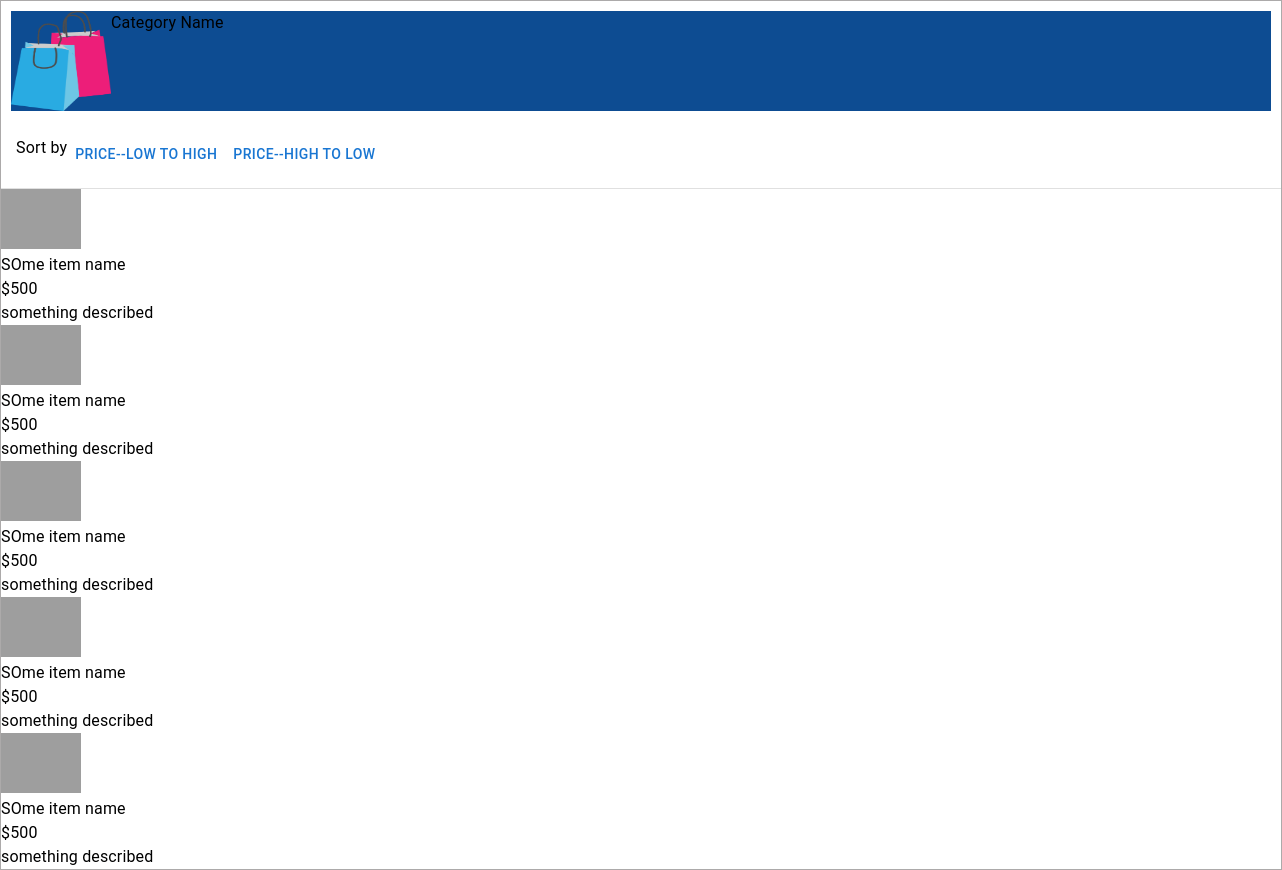
Repository: robin-fareye/reactjs-frontend-flipzone
Page: /
The author's editor kept a copy of each file at every save. The page is drawn from the files as they stood at one save, then again after the next save.
The browser window is 1280 px wide. The page is 1282 px wide, so the pictures cover 1282 px, including what lies to the right of the window. The pictures show the whole page.
Pictures or frames that could not be fetched are drawn as grey boxes. The project was rebuilt for these pictures with package versions that can differ from the ones it lists, and the page was loaded fresh each time. Also part of the build but not shown: src/App.css, src/component/auth/Login.css, src/api/Login.js, src/component/auth/Login.js, src/component/category/Category.js, src/component/header/Header.css, src/component/header/Header.js, src/component/helper/Slide.css and 7 more.

Above is the page before, as saved 2022-11-14 19:29:07.

After the next save:
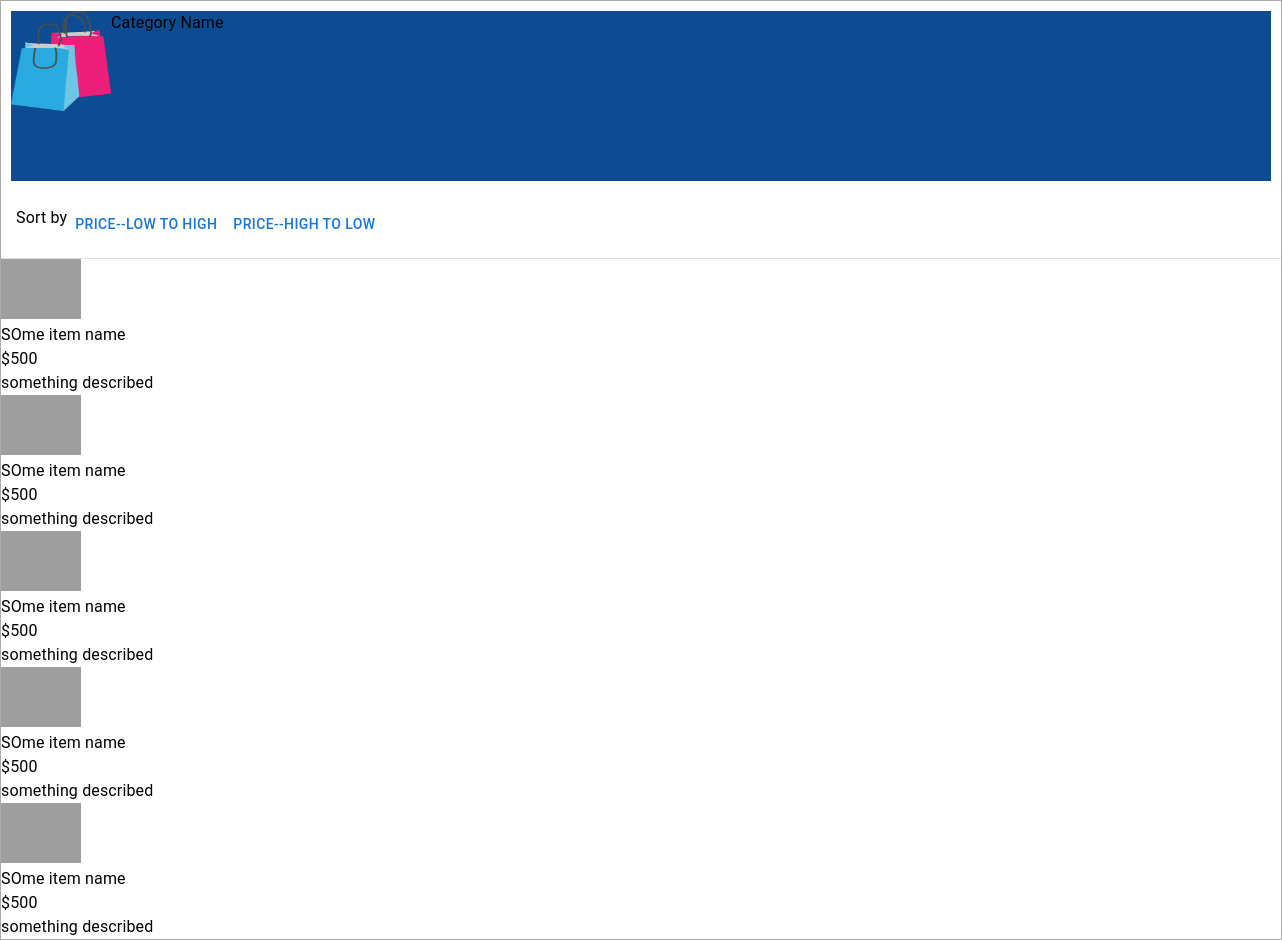
Saved 44 s later.
--- a/src/component/ProductCatalogue/ProductCatalouge.css
+++ b/src/component/ProductCatalogue/ProductCatalouge.css
@@ -21,6 +21,10 @@
 .container-header{
     background-color: #0D4C92;
     display: flex;
+    height: 170px;
+}
+.cat-image{
+
 }
 .sort{
     display: flex;
